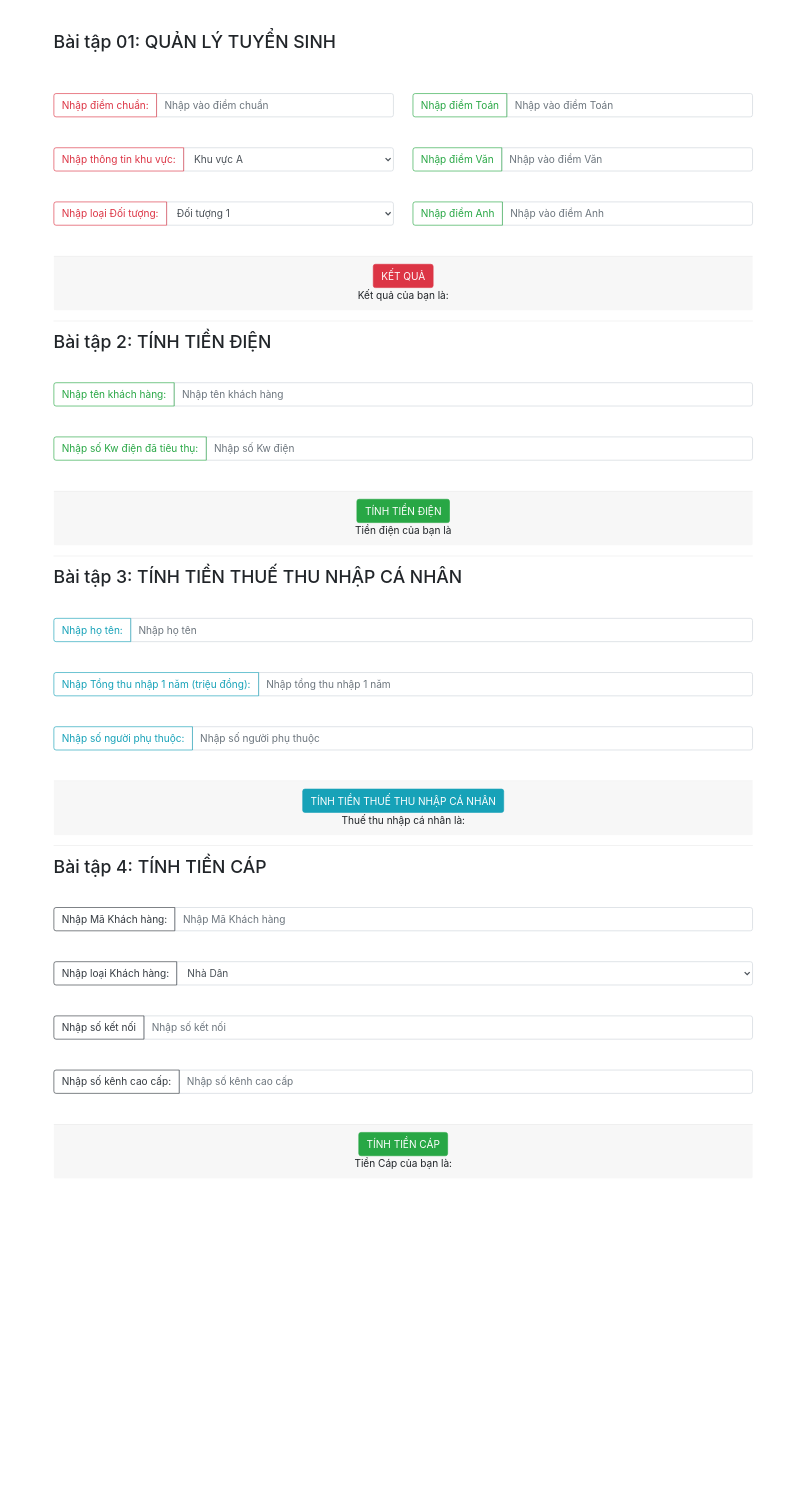
Repository: ducdatit2002/javascript-tinh-day15
Page: index.html
These files come from the project's save history. The page is drawn as it stood at one moment and after the next save; the edit follows.
The browser window is 1280 px wide. The pictures show the whole page, at 63% of full size.

Above is the page before, as saved 2023-08-20 21:44:22.

After the next save:
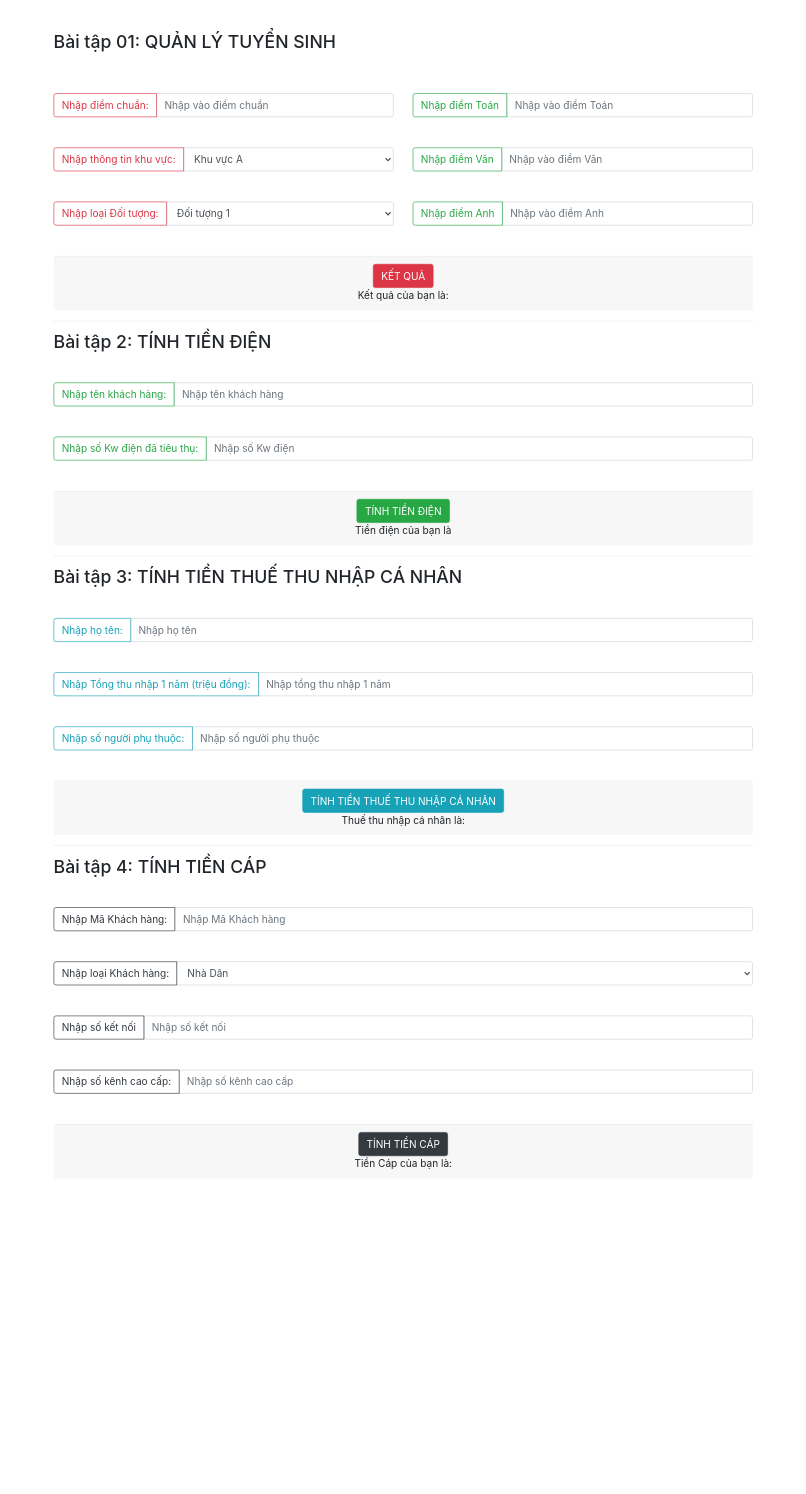
Saved 12 s later.
--- a/index.html
+++ b/index.html
@@ -240,7 +240,7 @@
             placeholder="Nhập số kênh cao cấp"/>
         </div>
         <div class="card-footer text-center mt-5">
-          <button id="btnTinhTienCap" class="btn btn-success">
+          <button id="btnTinhTienCap" class="btn btn-dark">
             TÍNH TIỀN CÁP
           </button>
           <br />
